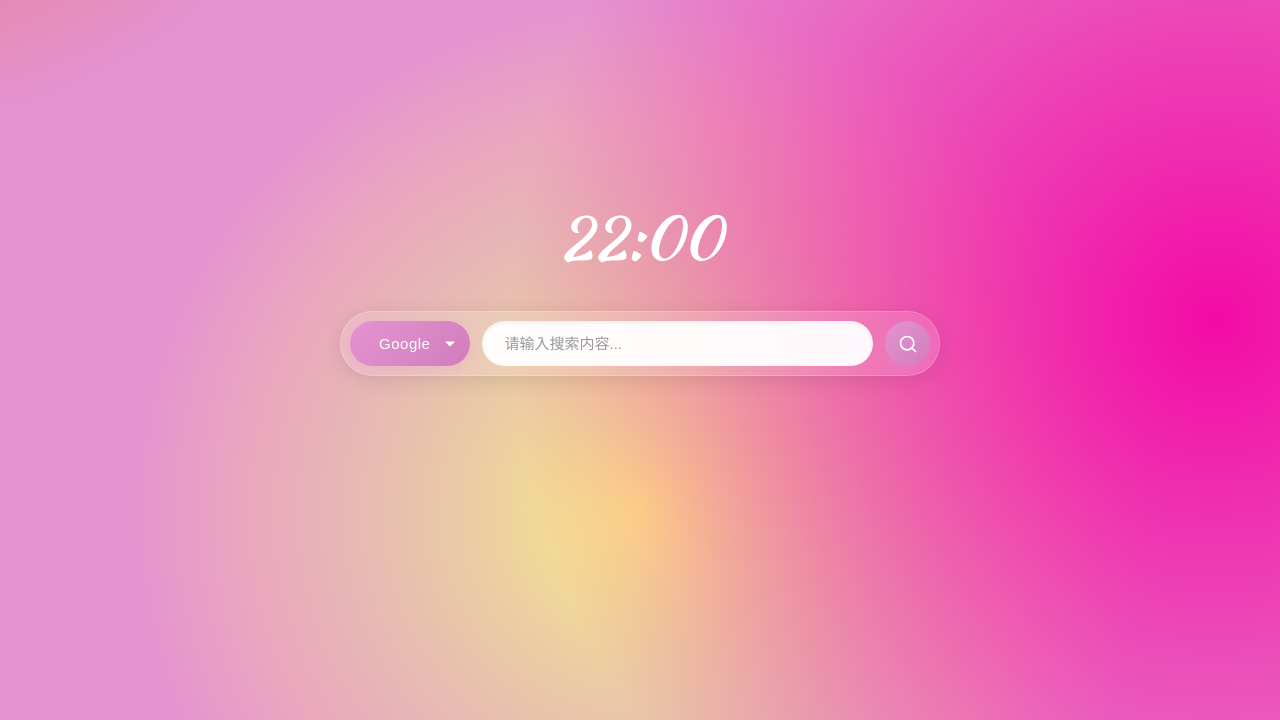
Repository: RADEKWRLD/NaviR
Page: index.html
An editor plug-in stored every save of this project. The page is shown before and after the next save, followed by the edit.
The browser window is 1280 px wide. The pictures show the whole page.

Above is the page before, as saved 2025-05-23 23:13:35.
Console error: TypeError: Cannot read properties of null (reading 'appendChild')

After the next save:
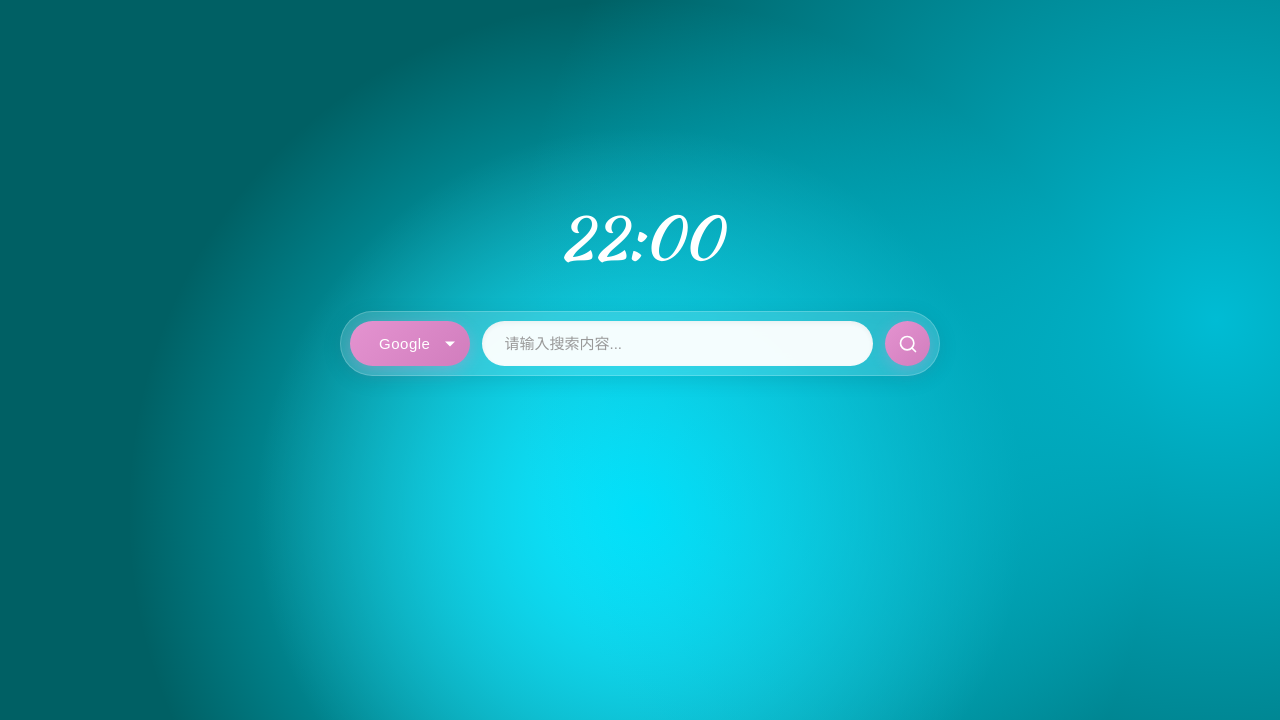
Saved 6 s later.
--- a/main/script.js
+++ b/main/script.js
@@ -49,7 +49,18 @@ const engineSearchUrls = {
 let currentEngine = "Google";
 
 // Theme selection
-const themes = ['pink', 'blue', 'green', 'purple', 'orange'];
+const themes = [
+    'pink',
+    'deep-ocean',
+    'forest',
+    'sunset',
+    'neon',
+    'royal',
+    'desert',
+    'aurora',
+    'cherry',
+    'emerald'
+];
 
 function setRandomTheme() {
     const randomTheme = themes[Math.floor(Math.random() * themes.length)];
